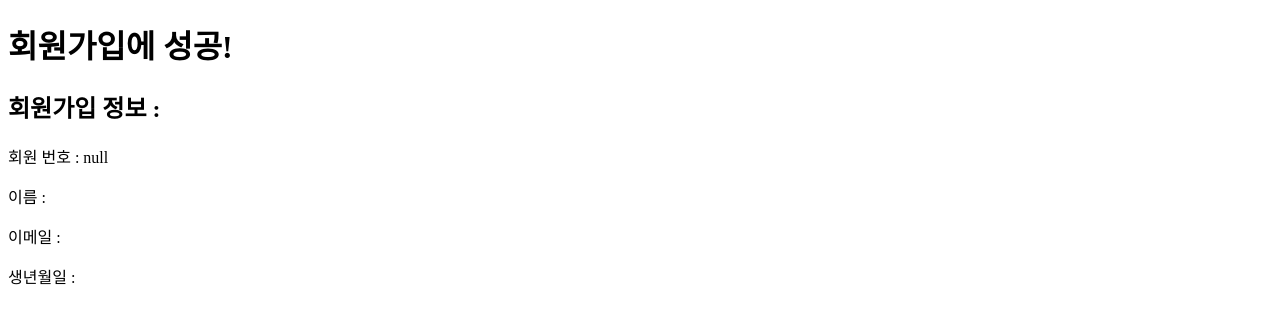
Repository: jibum1559/servlet-jsp-workspace
Page: http://localhost/join/register_success.jsp
These files come from the project's save history. The page is drawn as it stood at one moment and after the next save; the edit follows.
The browser window is 1280 px wide. The pictures show the whole page.
The page is served by Tomcat 9.

Above is the page before, as saved 2023-11-07 02:19:28.

After the next save:
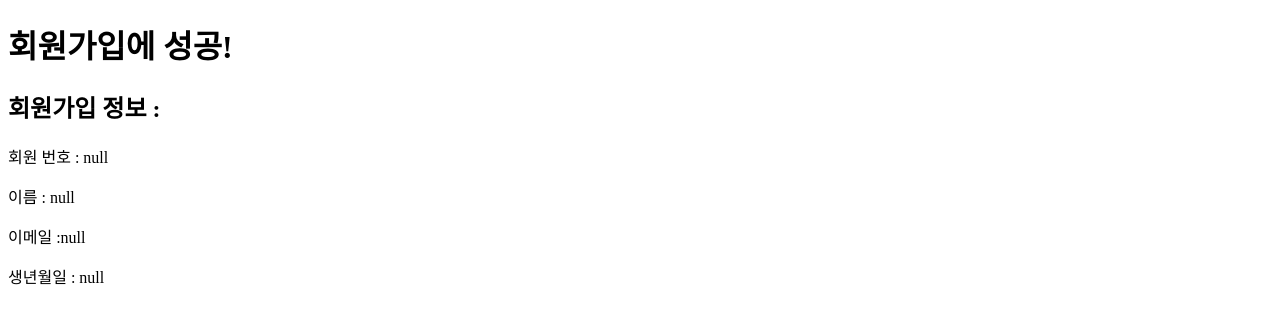
Saved 79 s later.
--- a/join/src/main/webapp/register_success.jsp
+++ b/join/src/main/webapp/register_success.jsp
@@ -10,9 +10,9 @@
 <h1>회원가입에 성공!</h1>
 <h2>회원가입 정보 : </h2>
 <p>회원 번호 : <%= session.getAttribute("mno")%></p>
-<p>이름 : </p>
-<p>이메일 : </p>
-<p>생년월일 : </p>
+<p>이름 : <%= session.getAttribute("mname") %> </p>
+<p>이메일 :<%= session.getAttribute("memail") %> </p>
+<p>생년월일 : <%= session.getAttribute("mbirth") %> </p>
 
 </body>
 </html>
